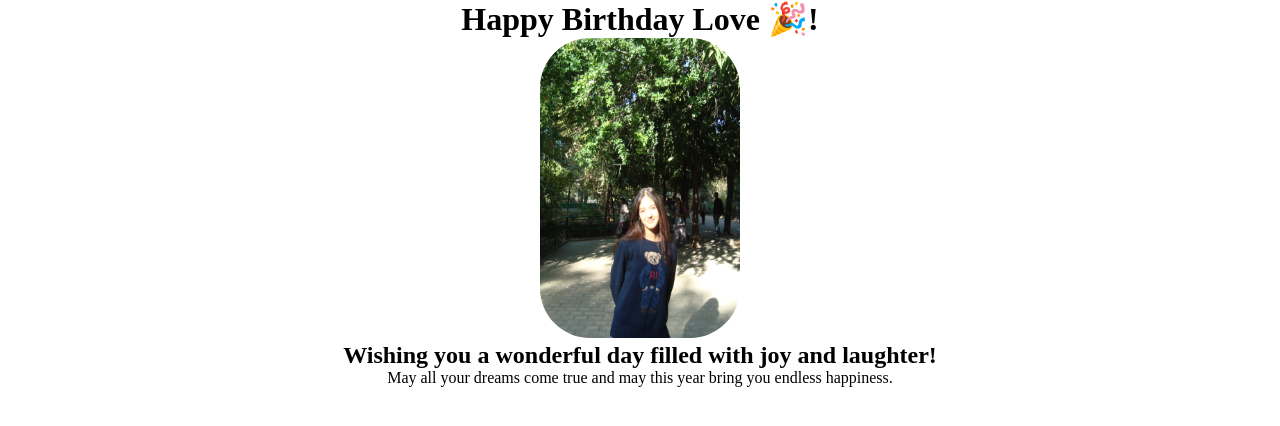
Repository: raghhavv03/html-css-practice
Page: css-task-5/index.html
The author's editor kept a copy of each file at every save. The page is drawn from the files as they stood at one save, then again after a run of saves.
The browser window is 1280 px wide. The pictures show the whole page.
Some web fonts or font styles are not loaded; a fallback is used.

Above is the page before, as saved 2026-02-07 16:13:11.

### css-task-5/index.html
<!DOCTYPE html>
<html>
    <head>
        <title>Birthday Card</title>
        <link rel="stylesheet" href="./style.css">
        <link rel="preconnect" href="https://fonts.googleapis.com">
        <link rel="preconnect" href="https://fonts.gstatic.com" crossorigin>
        <link href="https://fonts.googleapis.com/css2?family=Birthstone&display=swap" rel="stylesheet">
    </head>
    <body>
        <h1>Happy Birthday Love 🎉!</h1>
        <img id="birthday-image" src="./love.jpg">
        <h2>Wishing you a wonderful day filled with joy and laughter!</h2>
        <p>May all your dreams come true and may this year bring you endless happiness.</p>
    </body>
</html>

### css-task-5/style.css
* {
    margin: 0;
    padding: 0;
    box-sizing: border-box;
}

body {
    text-align: center;
    font-family: "Birthstone", cursive;
    font-weight: 400;
    font-style: normal;
}

#birthday-image {
    width: 200px;
    height: 300px;
    border-radius: 50px;
}

After the next 3 saves:
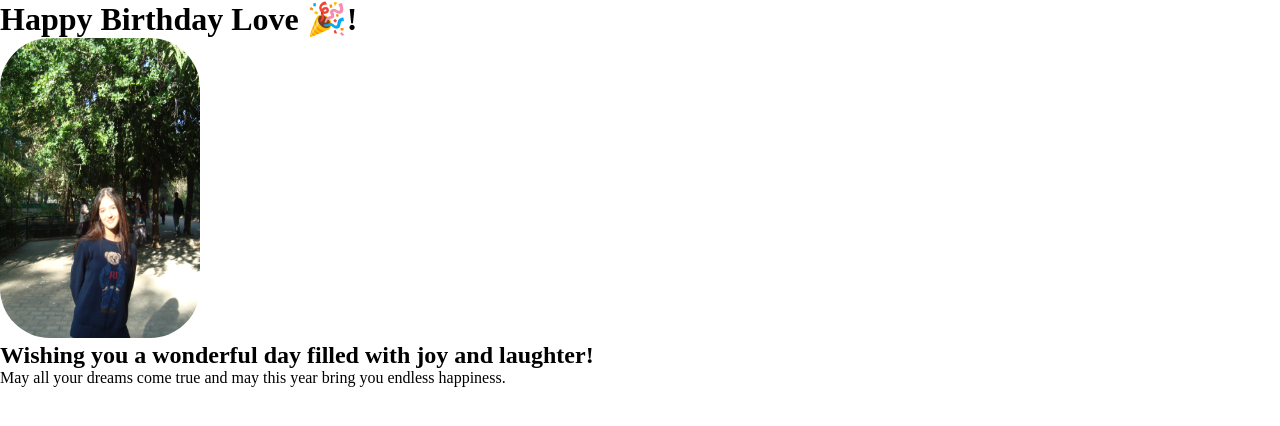
The 3 saves are shown as one change because they came seconds apart.
The last was saved 20 s later.
--- a/css-task-5/style.css
+++ b/css-task-5/style.css
@@ -5,7 +5,7 @@
 }
 
 body {
-    text-align: center;
+    display:flex
     font-family: "Birthstone", cursive;
     font-weight: 400;
     font-style: normal;
